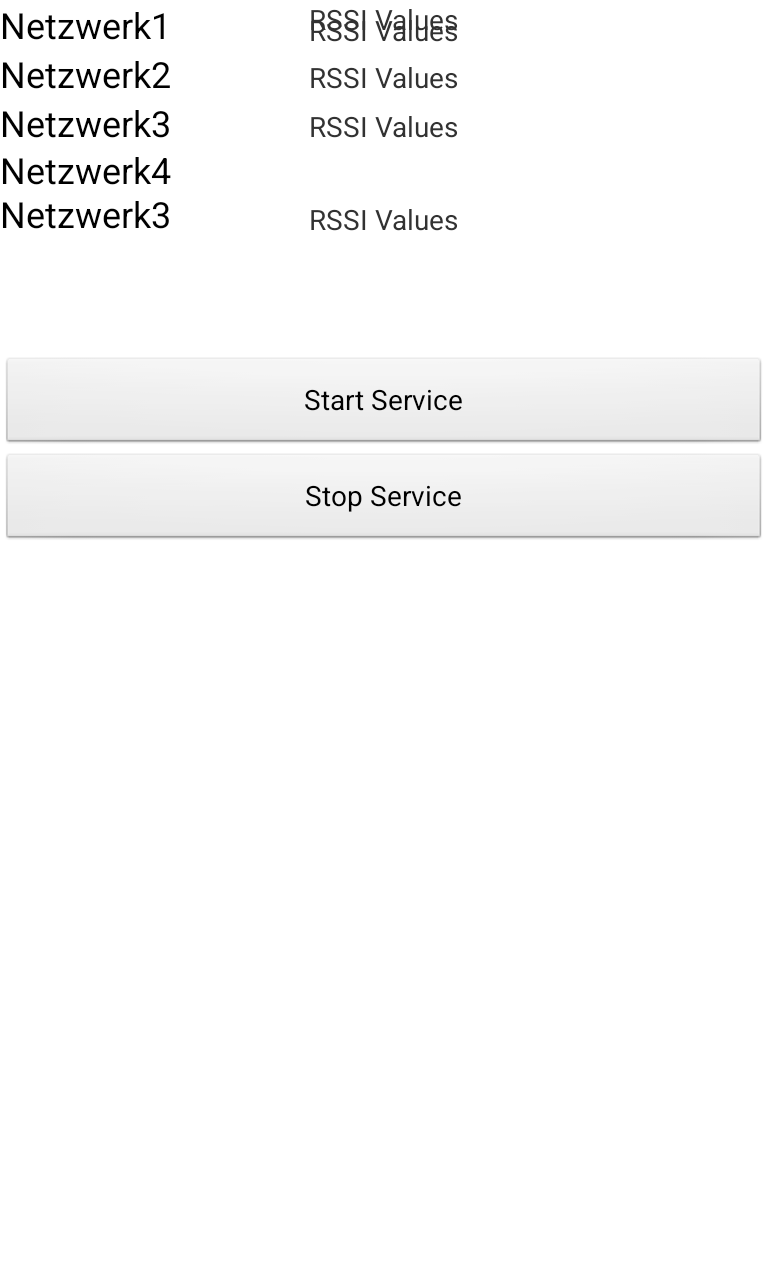
Repository: agejku/Embedded-Systems
Layout: Positionsensor/res/layout/main.xml
The author's editor kept a copy of each file at every save. The layout is drawn from the files as they stood at one save, then again after the next save.
It is drawn on a 768 x 1280 px phone screen (xhdpi) without system bars, with theme AppTheme; the app's code is not run.

Above is the layout before, as saved 2014-04-23 11:06:30.

After the next save:
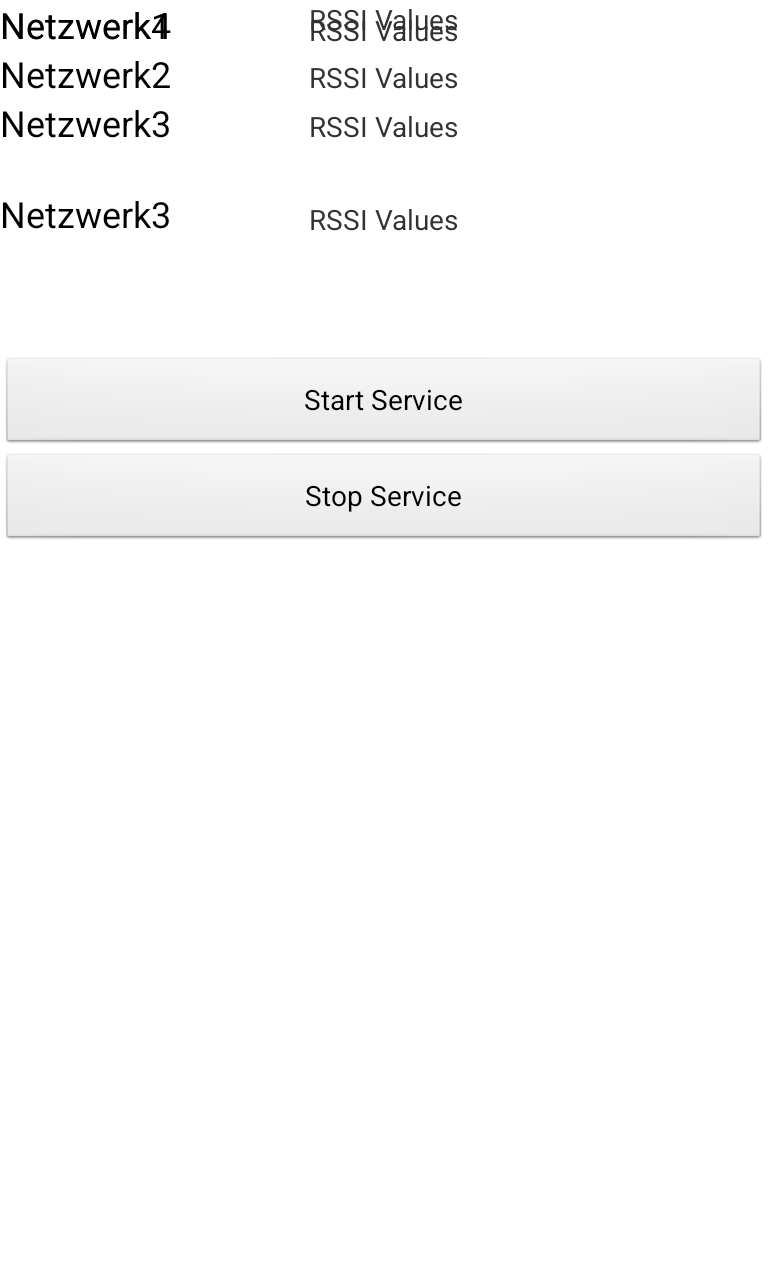
Saved 6 s later.
--- a/Positionsensor/res/layout/main.xml
+++ b/Positionsensor/res/layout/main.xml
@@ -82,7 +82,7 @@
        android:layout_width="wrap_content"
        android:layout_height="wrap_content"
        android:layout_alignParentLeft="true"
-       android:layout_below="@+id/rssiNet3"
+       android:layout_below="@+id/rssiNet4"
        android:text="@string/network4"
        android:textAppearance="?android:attr/textAppearanceMedium" />
 
